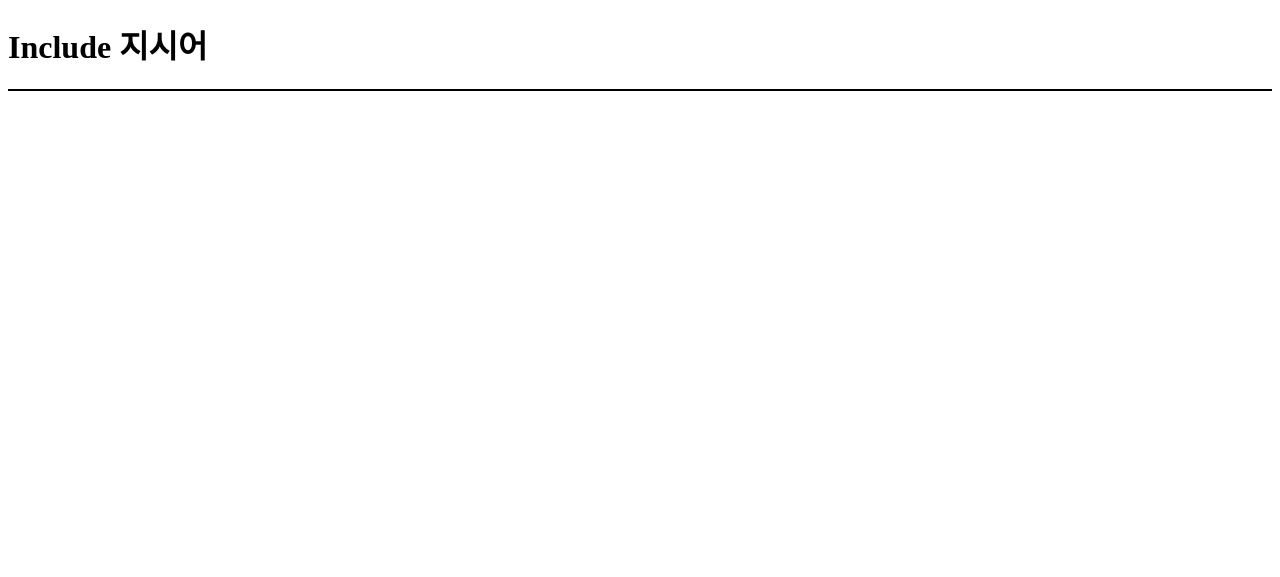
Repository: hyerangbi/Servlet
Page: http://localhost/JSP/views/03_directiveInclude.jsp
The author's editor kept a copy of each file at every save. The page is drawn from the files as they stood at one save, then again after the next save.
The browser window is 1280 px wide. The pictures show the whole page.
The page is served by Tomcat 10.

Above is the page before, as saved 2024-09-10 02:46:13.

After the next save:
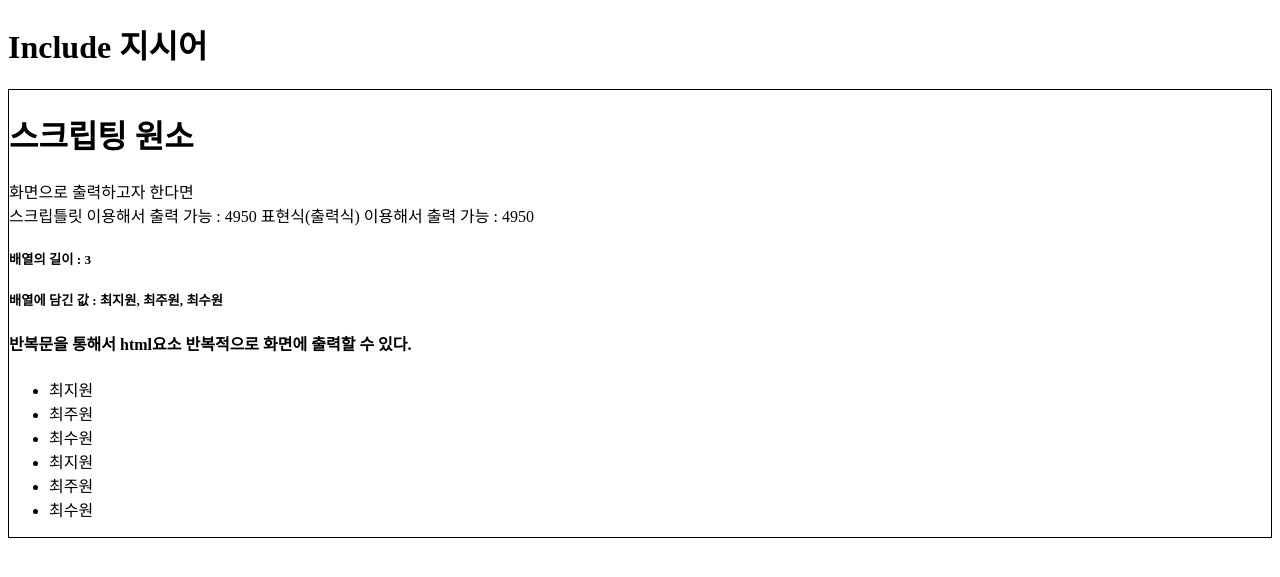
Saved 36 s later.
--- a/7_JSP/JSP/src/main/webapp/views/03_directiveInclude.jsp
+++ b/7_JSP/JSP/src/main/webapp/views/03_directiveInclude.jsp
@@ -9,7 +9,7 @@
 <body>
 	<h1>Include 지시어</h1>
 	<div style="border:1px solid black">
-
+		<%@ include file = "01_ScriptingElement.jsp" %>
 	</div>
 </body>
 </html>
